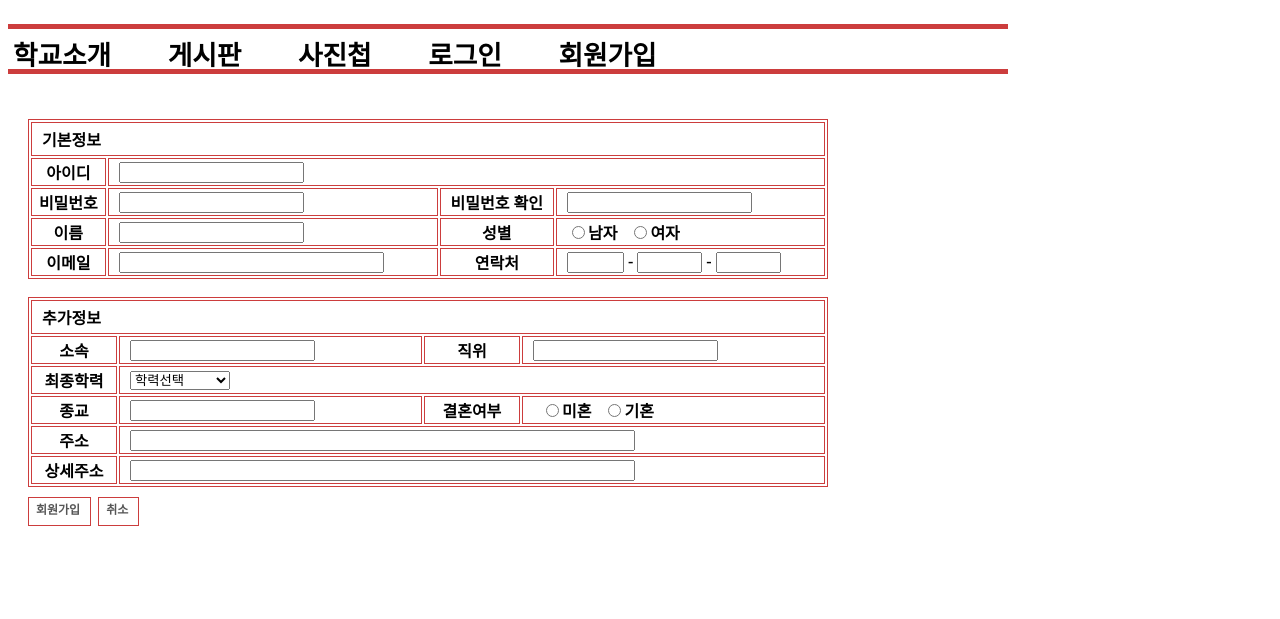
Repository: asaf0813/aisw
Page: java/이클립스/workspace/html/htmltest/WebContent/member/join.html
These files come from the project's save history. The page is drawn as it stood at one moment and after the next save; the edit follows.
The browser window is 1280 px wide. The pictures show the part of the page from y = 158 to 777 px (the page is 777 px tall).

Above is the page before, as saved 2019-10-03 10:48:22.

### java/이클립스/workspace/html/htmltest/WebContent/member/join.html
<!doctype html>
<html lang="en">
	<head>
		<meta charset="UTF-8">
		<meta name="Generator" content="EditPlus®">
		<meta name="Author" content="">
		<meta name="Keywords" content="">
		<meta name="Description" content="">
		<title>join</title>
		<link href="./join.css" rel="stylesheet" type="text/css" >
		<style type="text/css">
		a { text-decoration:none }
		</style>


		<script>
			function send(){
				var id_view = document.frm.id_view.value;
				var password = document.frm.password.value;
				var password2 = document.frm.password2.value;
				var email = document.frm.emailAdres.value;
				var tel1 = document.frm.Phone1.value;
				var tel2 = document.frm.Phone2.value;
				var tel3 = document.frm.Phone3.value;
				var tel3 = document.frm.Phone3.value;
				var name = document.frm.name.value;

				if(id_view==""){
					alert("아이디를 입력해주세요");
					document.frm.id_view.focus();
					return;
				} else if(password=="") {
					alert("비밀번호를 입력해주세요");
					document.frm.password.focus();
					return;
				} else if(password2=="") {
					alert("비밀번호를 확인해주세요");
					document.frm.password.focus();
					return;
				} else if(name=="") {
					alert("이름을 입력해주세요.");
					document.frm.password.focus();
					return;
				} else {
					if(confirm("가입하시겠습니까?")) {
						document.frm.submit();
					}
				}

				var regExp = /[a-z0-9]{2,}@[a-z0-9-]{2,}\.[a-z0-9]{2,}/i;

				if(!regExp.test(email)){
					alert("이메일 형식이 일치하지 않습니다.");
					document.frm.emailAdres.focus();
					return;
				}

				var tel1Chk = /^0(2|1[01679])$/;
				var tel2Chk = /^[0-9]{3,}$/;
				var tel3Chk = /^[0-9]{4}$/;

				if (tel1.value != '') {
					if (!tel1Chk.test(tel1)){
						alert("번호형식이 일치하지 않습니다.");
						document.frm.Phone1.focus();
						return;
					}
					if (!tel2Chk.test(tel2)){
						alert("번호형식이 일치하지 않습니다.");
						document.frm.Phone2.focus();
						return;
					}
					if (!tel3Chk.test(tel3)){
						alert("번호형식이 일치하지 않습니다.");
						document.frm.Phone3.focus();
						return;
					}
				}
			}

		</script>
	</head>
	<body>
		<div class="header">
			<a href="../main.html">
			<img width="100%" height="150" src = "http://www.postech.ac.kr/wp-content/themes/postech/images/imgs/signature4.png", alt="" ></a>
		<div>
			<p style="margin-top:20px"></p>
		</div>

		<div class="topnavi_ds">
			<div class="topnavi">
				<a href="../intro/intro.html">학교소개</a> <a href="../board/list.html">게시판</a> <a href="../picture/list.html">사진첩</a> <a href="../member/login.html">로그인</a> <a href="../member/join.html">회원가입</a>
			</div>
		</div>


		<div class="divide"/>

		<div class="body">

			<form name="frm">
				<div class="modify_user">
					<table>
						<tr><td colspan="4" height="30">기본정보</td></tr>
						<tr>
							<th>아이디</th>
							<td colspan="3">
							<input type="text" size="20" maxlength="20" name="id_view" >
							</td>
						</tr>
						<tr>
							<th>비밀번호</th>
							<td><input type="password" path="password" name="password" id="password" title="비밀번호" size="20" maxlength="20" /></td>
							<th>비밀번호 확인</th>
							<td><input name="password2" id="password2" title="비밀번호확인" type="password" size="20" maxlength="20" /></td>
						</tr>
						<tr>
							<th>이름</th>
							<td><input name="userNm" id="userNm" title="사용자이름" type="text" size="20" value="" maxlength="60" /></td>
							<th>성별</th>
							<td>
								<input type="radio" id="gen" name="gen" title="성별" value="남자">남자
								&nbsp;&nbsp;<input type="radio" id="gen" name="gen" title="성별" value="여자">여자
							</td>
						</tr>
						<tr>
							<th>이메일</th>
							<td><input name="emailAdres" id="emailAdres" title="이메일주소" cssClass="txaIpt" size="30" maxlength="50" /></td>
							<th>연락처</th>
							<td>
								<input name="Phone1" id="Phone1" title="번호1" cssClass="txaIpt" size="4" maxlength="3" /> -
								<input name="Phone2" id="Phone2" title="번호2" cssClass="txaIpt" size="5" maxlength="4" /> -
								<input name="Phone3" id="Phone3" title="번호3" cssClass="txaIpt" size="5" maxlength="4" />
								<input type="hidden" name="memberPhone" id="memberPhone" title="핸드폰번호" size="20" maxlength="15" />
							</td>
						</tr>
					</table>
					<br />
					<table>
						<tr><td colspan="6" height="30">추가정보</td></tr>
						<tr>
							<th>소속</th>
							<td colspan="1"><input name="orgnz" id="orgnz" title="소속" type="text" size="20" value="" maxlength="60" /></td>
							<th>직위</th>
							<td><input name="position" id="position" title="직위" type="text" size="20" value="" maxlength="60" /></td>
						</tr>
						<tr>
							<th>최종학력</th>
							<td colspan="3">
								<select name="spec" title="최종학력">
									<option value="">학력선택</option>
									<option value="초등학교 재학">초등학교 재학</option>
									<option value="초등학교 졸업">초등학교 졸업</option>
									<option value="중학교 재학">중학교 재학</option>
									<option value="중학교 졸업">중학교 졸업</option>
									<option value="고등학교 재학">고등학교 재학</option>
									<option value="고등학교 졸업">고등학교 졸업</option>
									<option value="대학교 재학">대학교 재학</option>
									<option value="대학교 졸업">대학교 졸업</option>
									<option value="대학원 재학">대학원 재학</option>
								</select>
							</td>
						</tr>
						<tr>
							<th>종교</th>
							<td><input name="religion" id="religion" title="종교" type="text" size="20" value="" maxlength="60" /></td>
							<th>결혼여부</th>
							<td>
								&nbsp;&nbsp;<input type="radio" name="marry" value="미혼">미혼
								&nbsp;&nbsp;<input type="radio" name="marry" value="기혼">기혼
							</td>
						</tr>
						<tr>
							<th>주소</th>
							<td colspan="3">
								<input type="text" name="zipcode" size="60">
							</td>
						</tr>
						<tr>
							<th>상세주소</th>
							<td colspan="3">
								<input type="text" class="addr" name="addr_remain" size="60">
							</td>
						</tr>
					</table>

					<div class="buttons" style="padding-top:10px;padding-bottom:30px; float:left;">
						<a href="#LINK" onclick="javascript:send(); return false;">회원가입</a>
						<a href="#LINK">취소</a>
					</div>
				</div>
			</form>
		</div>
	</body>
</html>

### java/이클립스/workspace/html/htmltest/WebContent/member/join.css
.header a:hover{color:red;}
.header a{color:blue;}

.header{
	width:1000px;
	height:50px;
	float:left;
	font-size: 9pt;
}

.topnavi_ds{
	width:100%;
	height:5px;
	background-color:#CC3D3D;
	float:left;
}
.topnavi a:hover{color:green;}
.topnavi a{color:#000000;}

.topnavi{
	width:1000px; height:30px;
	float:left;
	margin-top:10px;
	margin-left:5px;
	font-size: 20pt;
	font-weight: bold;
	word-spacing:50px;
}

.divide{
	width:100%;
	height:5px;
	float:left;
	margin-top: 25px;
	background-color:#CC3D3D;
	margin-top:40px;
}

.body{
	font-size: 9pt;
	margin-top:50px;
	margin-left:20px;
	width:1000px;
	height:500px;
	float:left;
}

.modify_user{
	font-weight:bold;
	font-size:12pt;
}



.modify_user table{
	clear:both; width:800px;
	border: 1px solid #CC3D3D;
    overflow: hidden;
    white-space: nowrap;
}

.modify_user table th {
	background-color:#FFFFFF;
	border:1px solid #CC3D3D;
    color:#000000;
}

.modify_user table td{
	background-color:#ffffff;
	border:1px solid #CC3D3D;
    color:#000000;
    padding-left:10px;
}


/* btn */
.buttons a, .buttons button{

    display:block;
    float:left;
    margin:0 7px 0 0;
    background-color:#FFFFFF;
    border:1px solid #CC3D3D;
    font-size:9pt;
    line-height:130%;
    text-decoration:none;
    font-weight:bold;
    color:#565656;
    cursor:pointer;
    padding:5px 10px 6px 7px; /* Links */
}

.buttons a:hover{color:#4786AD;}

After the next save:
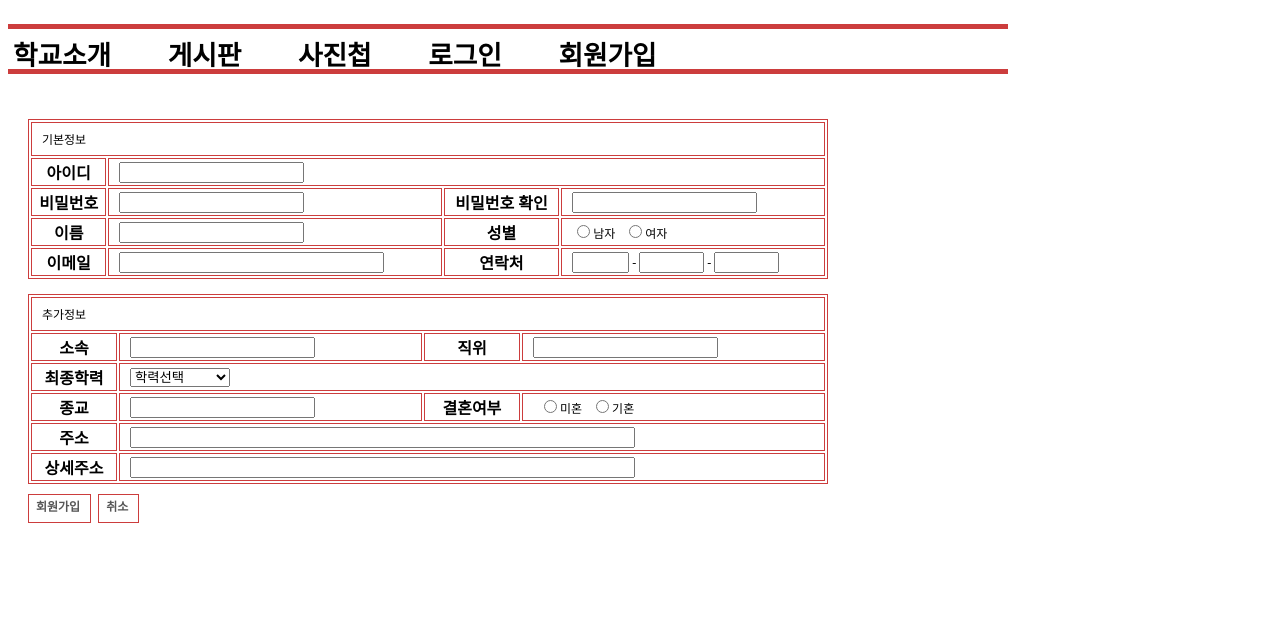
Saved 26 s later.
--- a/java/이클립스/workspace/html/htmltest/WebContent/member/join.css
+++ b/java/이클립스/workspace/html/htmltest/WebContent/member/join.css
@@ -45,10 +45,7 @@
 	float:left;
 }
 
-.modify_user{
-	font-weight:bold;
-	font-size:12pt;
-}
+
 
 
 
@@ -60,6 +57,8 @@
 }
 
 .modify_user table th {
+	font-weight:bold;
+	font-size:12pt;
 	background-color:#FFFFFF;
 	border:1px solid #CC3D3D;
     color:#000000;
